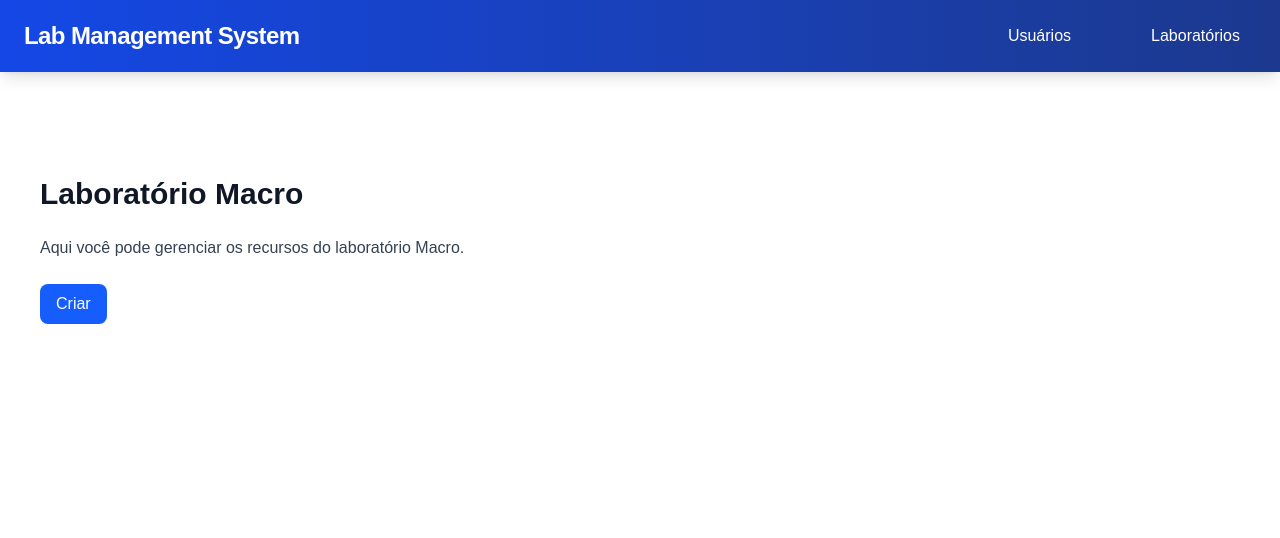
Repository: fabianosevla/gestao-labs
Page: /labs/hardware/macro (app in lab-management-system/)
An editor plug-in stored every save of this project. The page is shown before and after the next save, followed by the edit.
The browser window is 1280 px wide. The pictures show the whole page.
The project was rebuilt for these pictures with package versions that can differ from the ones it lists, and the page was loaded fresh each time. The framework's server and built-in components were replaced by stand-ins that run in the browser. Also part of the build but not shown: lab-management-system/next.config.mjs.

Above is the page before, as saved 2025-05-05 21:02:54.

After the next save:
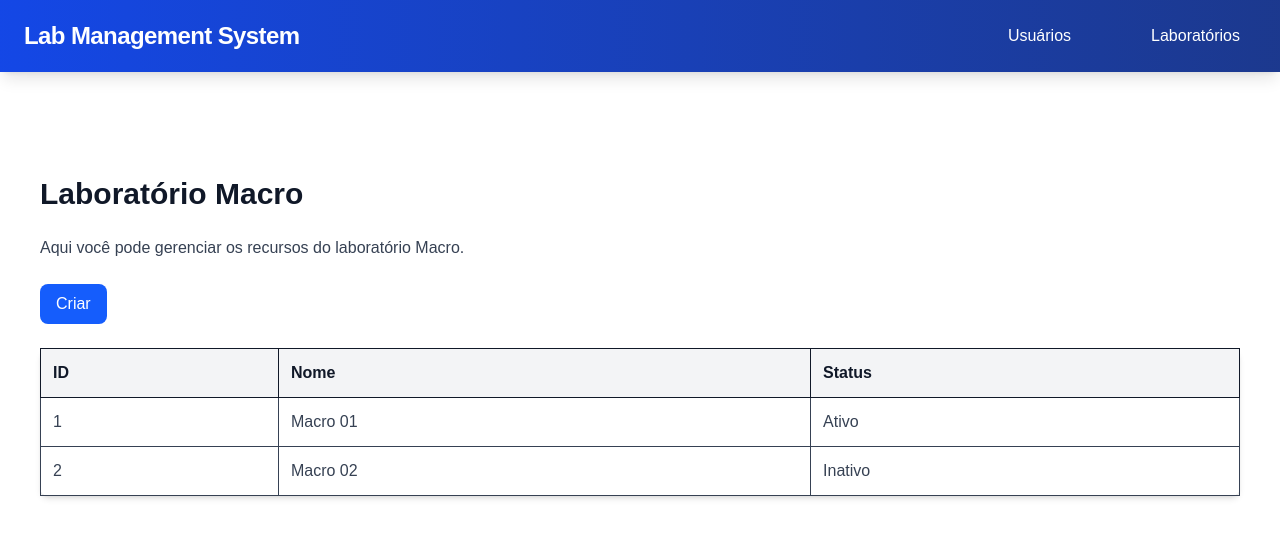
Saved 17 s later.
--- a/lab-management-system/app/labs/hardware/macro/page.js
+++ b/lab-management-system/app/labs/hardware/macro/page.js
@@ -9,16 +9,39 @@ export default function Macro() {
         router.push("/labs/hardware/macro/create");
     };
 
+    const macroHardwares = [
+        { id: 1, name: "Macro 01", status: "Ativo" },
+        { id: 2, name: "Macro 02", status: "Inativo" },
+    ];
+
     return (
         <div className="p-6 pt-28">
             <h1 className="text-3xl font-bold mb-6 text-gray-900">Laboratório Macro</h1>
             <p className="text-gray-700 mb-6">Aqui você pode gerenciar os recursos do laboratório Macro.</p>
             <button
                 onClick={handleCreate}
-                className="px-4 py-2 bg-blue-600 text-white rounded-lg hover:bg-blue-700 transition duration-300 text-left"
+                className="px-4 py-2 bg-blue-600 text-white rounded-lg hover:bg-blue-700 transition duration-300 text-left mb-6"
             >
                 Criar
             </button>
+            <table className="w-full border-collapse bg-white shadow-md rounded-lg">
+                <thead>
+                    <tr className="bg-gray-100">
+                        <th className="border p-3 text-gray-900 font-semibold text-left">ID</th>
+                        <th className="border p-3 text-gray-900 font-semibold text-left">Nome</th>
+                        <th className="border p-3 text-gray-900 font-semibold text-left">Status</th>
+                    </tr>
+                </thead>
+                <tbody>
+                    {macroHardwares.map((hardware) => (
+                        <tr key={hardware.id} className="hover:bg-gray-50">
+                            <td className="border p-3 text-gray-700">{hardware.id}</td>
+                            <td className="border p-3 text-gray-700">{hardware.name}</td>
+                            <td className="border p-3 text-gray-700">{hardware.status}</td>
+                        </tr>
+                    ))}
+                </tbody>
+            </table>
         </div>
     );
 }
